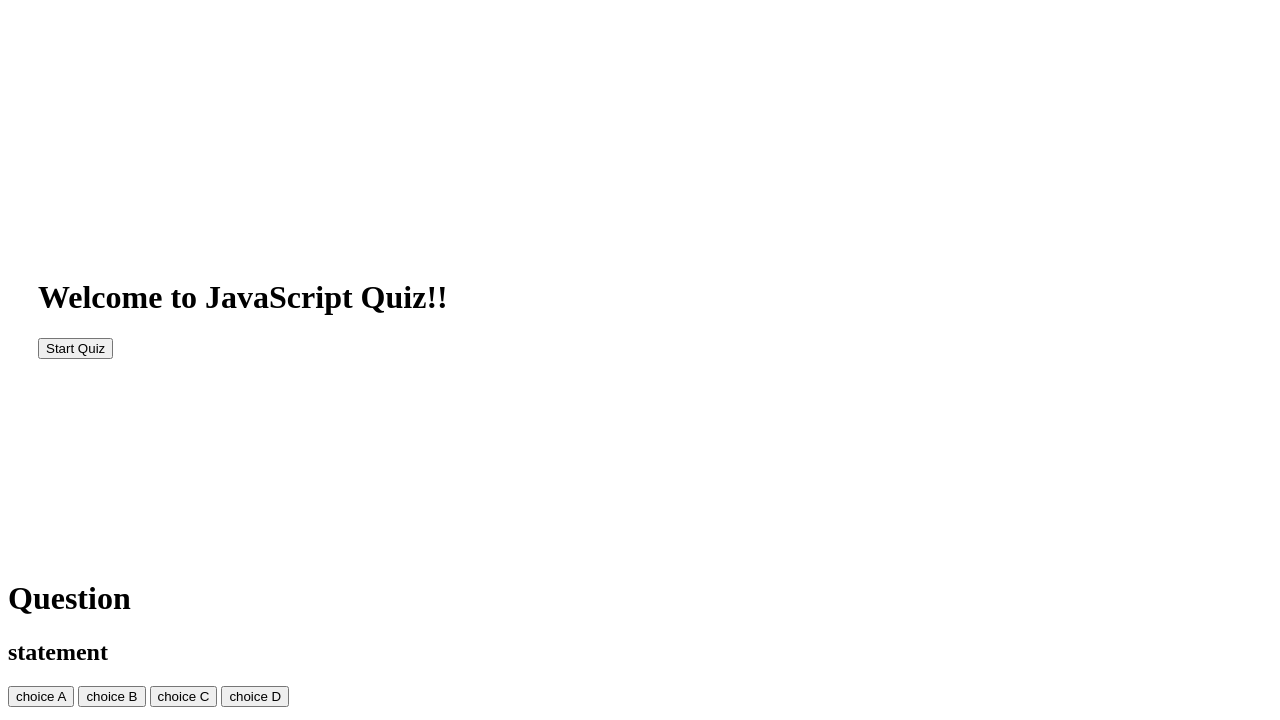
Repository: Mf948/javaQuiz
Page: index.html
The author's editor kept a copy of each file at every save. The page is drawn from the files as they stood at one save, then again after a run of saves.
The browser window is 1280 px wide. The pictures show the whole page.

Above is the page before, as saved 2020-12-03 16:18:17.

### index.html
<!DOCTYPE html>
<html lang="en">
<head>
    <meta charset="UTF-8">
    <meta name="viewport" content="width=device-width, initial-scale=1.0">
    <title>Document</title>
   <link rel="stylesheet" href="stylesheet.css">
   <link rel="preconnect" href="https://fonts.gstatic.com">
<link href="https://fonts.googleapis.com/css2?family=Poppins&display=swap" rel="stylesheet">
</head>
<body>
<!-- <div class="coontainer">
       <div id ="question-container" class='hide'>
         <div id="question">Question</div>
         <div id= "answer-buttons" class ="btn-grid">


            <div>
      <div class="controls">
        <button id= "start-btn" class="start-btn btn">start</button>

        <button id= "next-btn" class="netx-btn hide" >next</button>
        </div>

    </div> -->
    <div id="welcomeContainer">
        <h1>Welcome to JavaScript Quiz!!</h1>
        <button id ="start-quiz-btn">Start Quiz</button>
    </div>

    <div id="questionContainer" class='hide_container'>
        <h1>Question</h1>
        <h2 id ="statement">statement</h2> </h2>
       <button id= "choice-A">choice A</button>
       <button id= "choice-b">choice B  </button>
       <button id= "choice-b">choice C  </button>
       <button id= "choice-b">choice D  </button>

    </div>


<script src="./script.js"></script>


</body>
</html>

### stylesheet.css
/*body{
    font-family: 'Poppins', sans-serif;
    background-color:
background-image: linear-gradient(225deg, #FF3CAC 0%, #784BA0 50%, #2B86C5 100%);
margin: auto;
width: 50%;
padding: 10px;

}

h1{
    margin: auto;

}
#start-quiz-btn{
    height: 60px;
    width: 100px;
    background-color: #214252;
    border-radius: 10px;

}

.hide_container {
    display: none;
}

.show_container{
    display:block;
}

### script.js
var startQuizBtn = document.getElementById("start-quiz-btn");
var question = [
    {
        statement: 'What Defines an HTML Element',
        choices: ['start tag', 'some content', 'end tag', 'all the above'],
        correct: 'all the above'
    },
    {
        statement: 'What does HTML stand for',
        choices: ['Hyper', 'some content', 'end tag', 'all the above'],
        correct: 'all the above'
    },
    {
        statement: 'What Defines an HTML Element',
        choices: ['start tag', 'some content', 'end tag', 'all the above'],
        correct: 'all the above'
    }

]
welcomeContainer.style.padding = "250px 100px 200px 30px ";
document.body.style.backgroundColor =
// for (var i=0; i < questions.length; i ++){
//    var response =  window.statement(questions[i].statement);
//    if (response == question[i].correct){

//    } else {
//        alert ("wrong")
//    }

// }


startQuizBtn.addEventListener('click', function() {
 console.log("start")
var welcomeContainer = document.getElementById('welcomeContainer');

welcomeContainer.style.display = 'none';

var questionContainer = document.getElementById("questionContainer")
 questionContainer.style.display = "block";
 questionContainer.setAttribute('class', 'background');



 //var questionContainer = document.getElementById("question")
 /*
 1. need to hide welcom screen

 2. shows the 1st question, and all possible choices
 3. add timer


 */


});

After the next 2 saves:
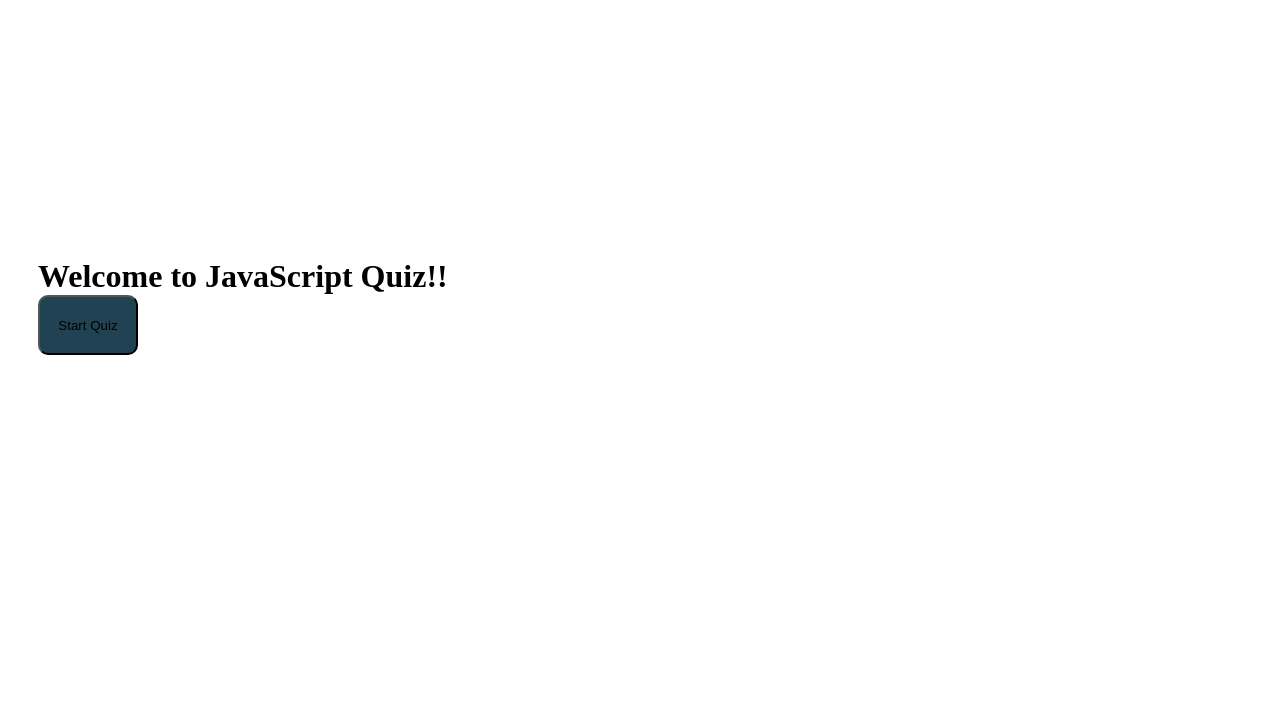
The 2 saves are shown as one change because they came seconds apart.
The last was saved 8 s later.
--- a/stylesheet.css
+++ b/stylesheet.css
@@ -7,6 +7,7 @@ width: 50%;
 padding: 10px;
 
 }
+*/
 
 h1{
     margin: auto;
